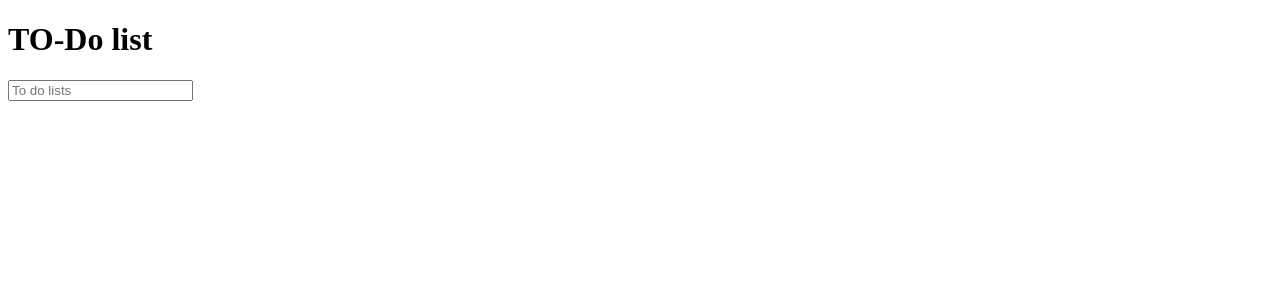
Repository: pgyunknown/ToDo-List
Page: index.html
The author's editor kept a copy of each file at every save. The page is drawn from the files as they stood at one save, then again after the next save.
The browser window is 1280 px wide. The pictures show the whole page.

Above is the page before, as saved 2024-08-28 20:23:42.

After the next save:
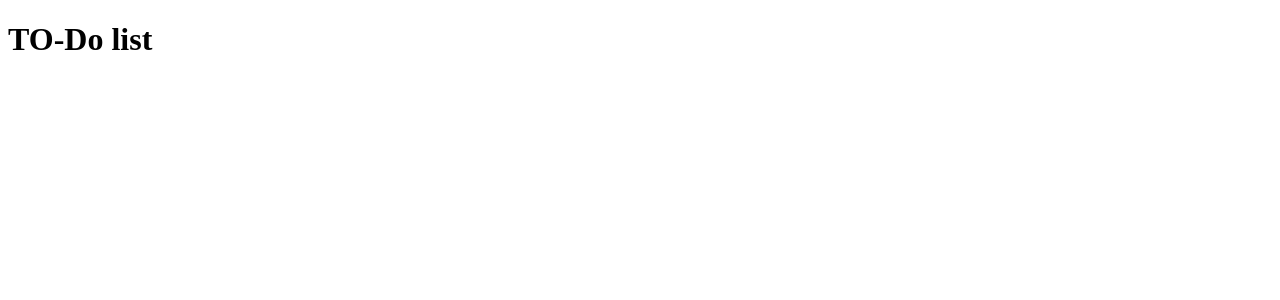
Saved 5 s later.
--- a/index.html
+++ b/index.html
@@ -7,6 +7,6 @@
 </head>
 <body>
   <h1>TO-Do list</h1>
-  <input placeholder="To do lists" class="js-work-Input" "">
+  <input placeholder="To do lists" class="js-work-Input js-work-Input>
 </body>
 </html>

After the 2 saves that followed:
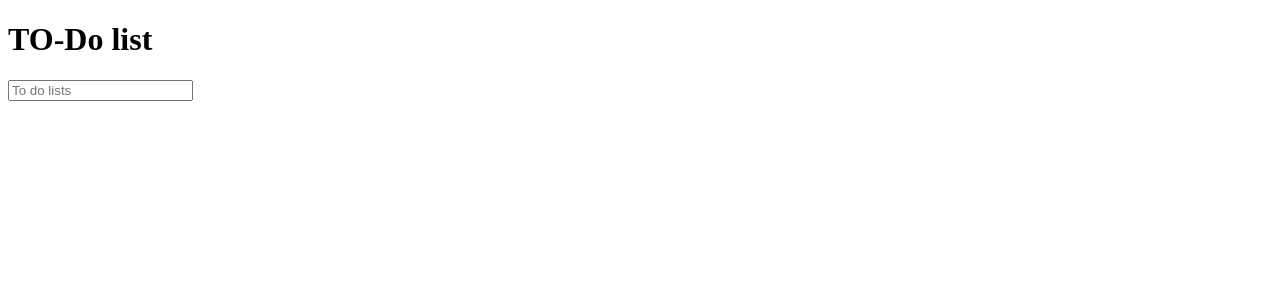
The 2 saves are shown as one change because 1 left the picture as it was.
The last was saved 11 s later.
--- a/index.html
+++ b/index.html
@@ -7,6 +7,6 @@
 </head>
 <body>
   <h1>TO-Do list</h1>
-  <input placeholder="To do lists" class="js-work-Input js-work-Input>
+  <input placeholder="To do lists" class="js-work-Input work-Input">
 </body>
 </html>
